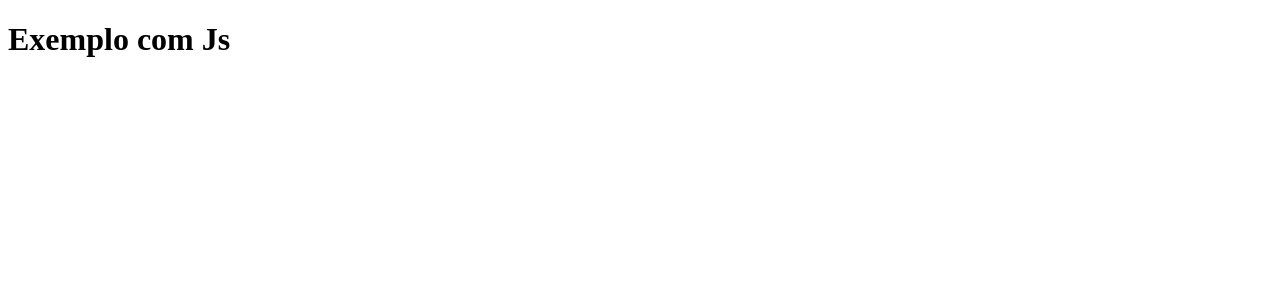
Repository: VictorGOrellana/RecursosJava
Page: http://localhost/curso.edu/pages/progressBar.jsp
These files come from the project's save history. The page is drawn as it stood at one moment and after the next save; the edit follows.
The browser window is 1280 px wide. The pictures show the whole page.
The page is served by Tomcat 9. Nobody is signed in. The application's start-up code is not run.

Above is the page before, as saved 2019-07-25 18:05:18.

After the next save:
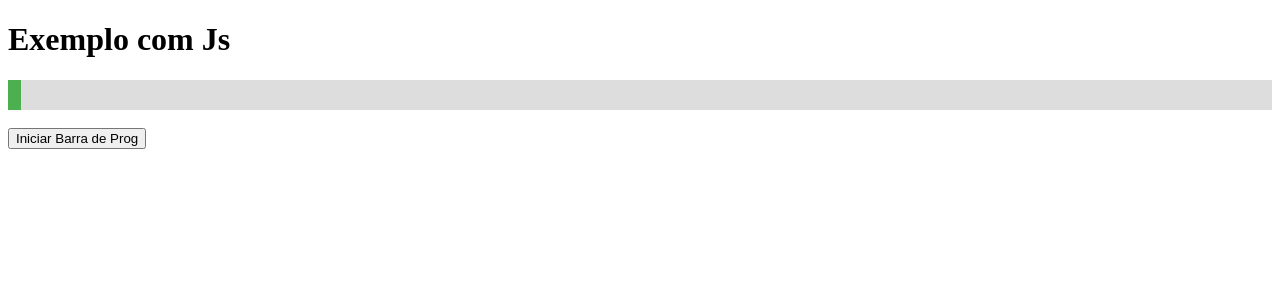
Saved 3 min 38 s later.
--- a/curso.edu/WebContent/pages/progressBar.jsp
+++ b/curso.edu/WebContent/pages/progressBar.jsp
@@ -9,7 +9,7 @@
 #myProgress {
 	width: 100%;
 	background-color: #ddd;
-/* fundo da barra de progresso */
+
 }
 
 #myBar {
@@ -24,9 +24,21 @@
 
 	<h1>Exemplo com Js</h1>
 		<div id="myProgress">
-			<div>
+			<div id="myBar">
 			</div>
 		</div>
+		<br/>
+
+		<button onclick="exibirBarra()">Iniciar Barra de Prog</button>
+
+		<script type="text/javascript">
+
+		function exibirBarra(){
+
+
+
+		}
+		</script>
 
 
 
